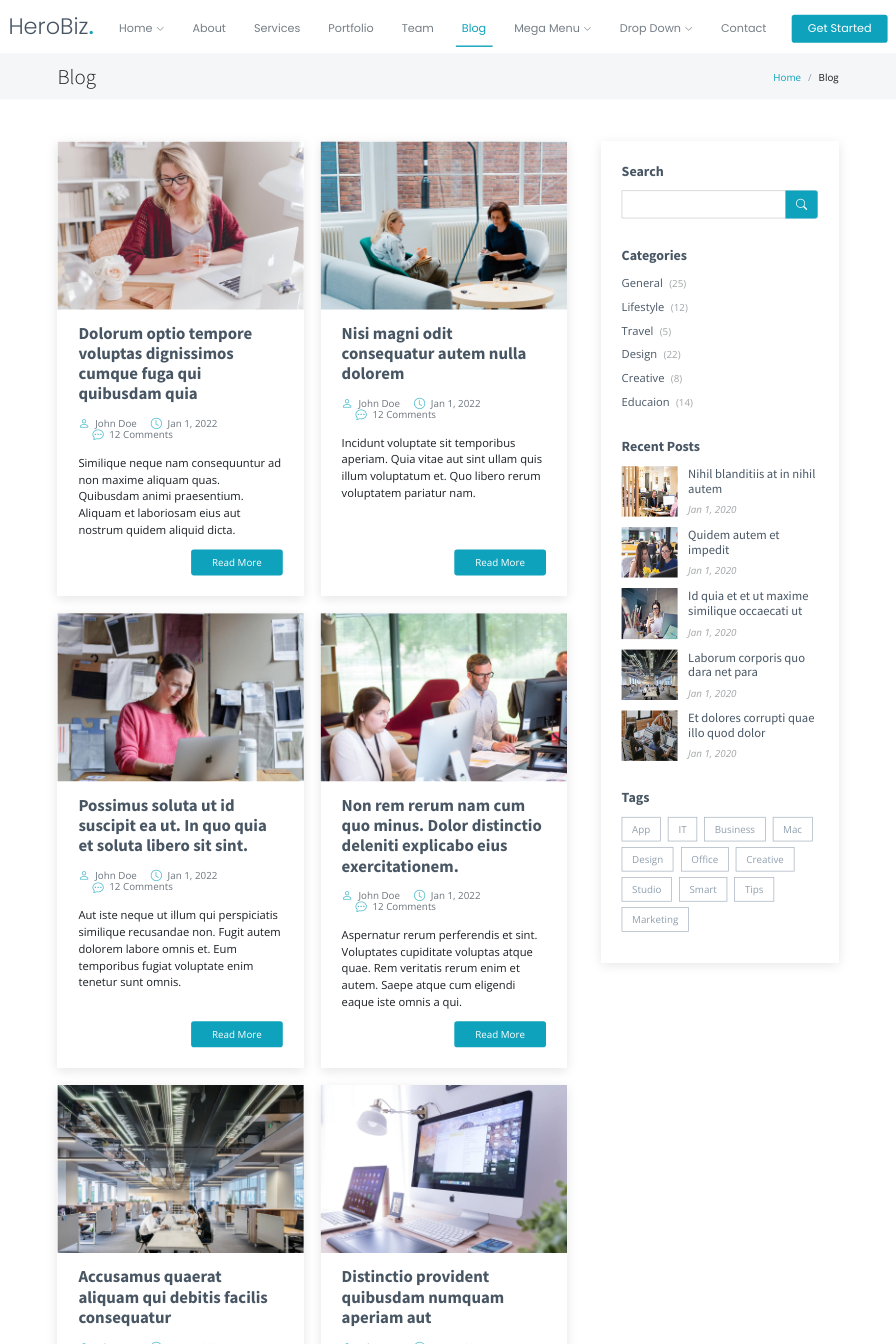
Repository: Ksoftcode/rideapp
Page: blog.html
An editor plug-in stored every save of this project. The page is shown before and after the next save, followed by the edit.
The browser window is 1280 px wide. The pictures show the part of the page from y = 0 to 1920 px (the page is 2778 px tall), at 70% of full size.

Above is the page before, as saved 2022-12-20 20:00:33.

After the next save:
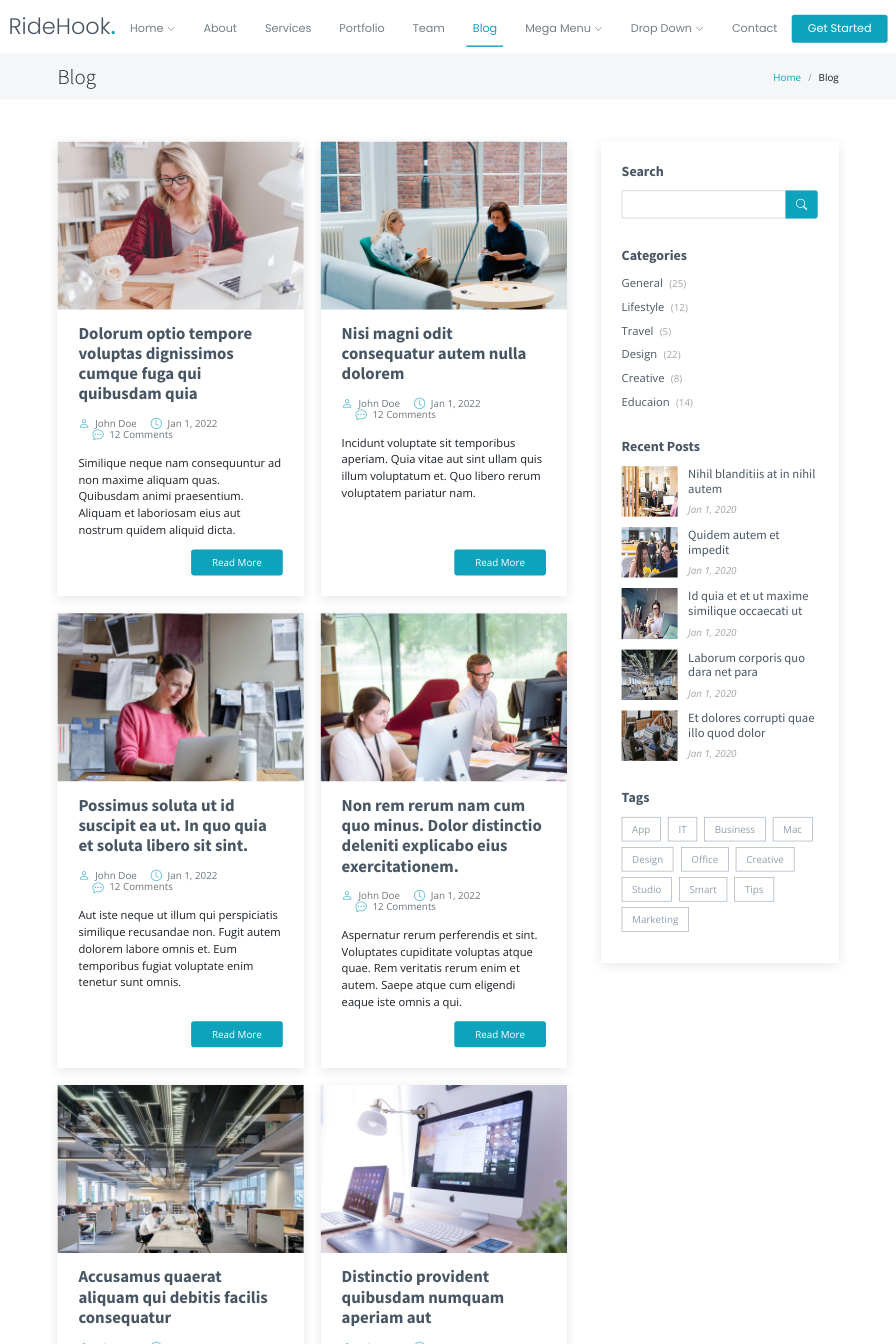
Saved 6 s later.
--- a/blog.html
+++ b/blog.html
@@ -5,7 +5,7 @@
   <meta charset="utf-8">
   <meta content="width=device-width, initial-scale=1.0" name="viewport">
 
-  <title>Blog - HeroBiz Bootstrap Template</title>
+  <title>Blog - RideHook Bootstrap Template</title>
   <meta content="" name="description">
   <meta content="" name="keywords">
 
@@ -38,8 +38,8 @@
   <link href="assets/css/main.css" rel="stylesheet">
 
   <!-- =======================================================
-  * Template Name: HeroBiz - v2.3.1
-  * Template URL: https://bootstrapmade.com/herobiz-bootstrap-business-template/
+  * Template Name: RideHook - v2.3.1
+  * Template URL: https://bootstrapmade.com/RideHook-bootstrap-business-template/
   * Author: BootstrapMade.com
   * License: https://bootstrapmade.com/license/
   ======================================================== -->
@@ -54,7 +54,7 @@
       <a href="index.html" class="logo d-flex align-items-center scrollto me-auto me-lg-0">
         <!-- Uncomment the line below if you also wish to use an image logo -->
         <!-- <img src="assets/img/logo.png" alt=""> -->
-        <h1>HeroBiz<span>.</span></h1>
+        <h1>RideHook<span>.</span></h1>
       </a>
 
       <nav id="navbar" class="navbar">
@@ -466,7 +466,7 @@
 
           <div class="col-lg-3 col-md-6">
             <div class="footer-info">
-              <h3>HeroBiz</h3>
+              <h3>RideHook</h3>
               <p>
                 A108 Adam Street <br>
                 NY 535022, USA<br><br>
@@ -516,13 +516,13 @@
 
         <div class="d-flex flex-column align-items-center align-items-lg-start">
           <div class="copyright">
-            &copy; Copyright <strong><span>HeroBiz</span></strong>. All Rights Reserved
+            &copy; Copyright <strong><span>RideHook</span></strong>. All Rights Reserved
           </div>
           <div class="credits">
             <!-- All the links in the footer should remain intact. -->
             <!-- You can delete the links only if you purchased the pro version. -->
             <!-- Licensing information: https://bootstrapmade.com/license/ -->
-            <!-- Purchase the pro version with working PHP/AJAX contact form: https://bootstrapmade.com/herobiz-bootstrap-business-template/ -->
+            <!-- Purchase the pro version with working PHP/AJAX contact form: https://bootstrapmade.com/RideHook-bootstrap-business-template/ -->
             Designed by <a href="https://bootstrapmade.com/">BootstrapMade</a>
           </div>
         </div>
